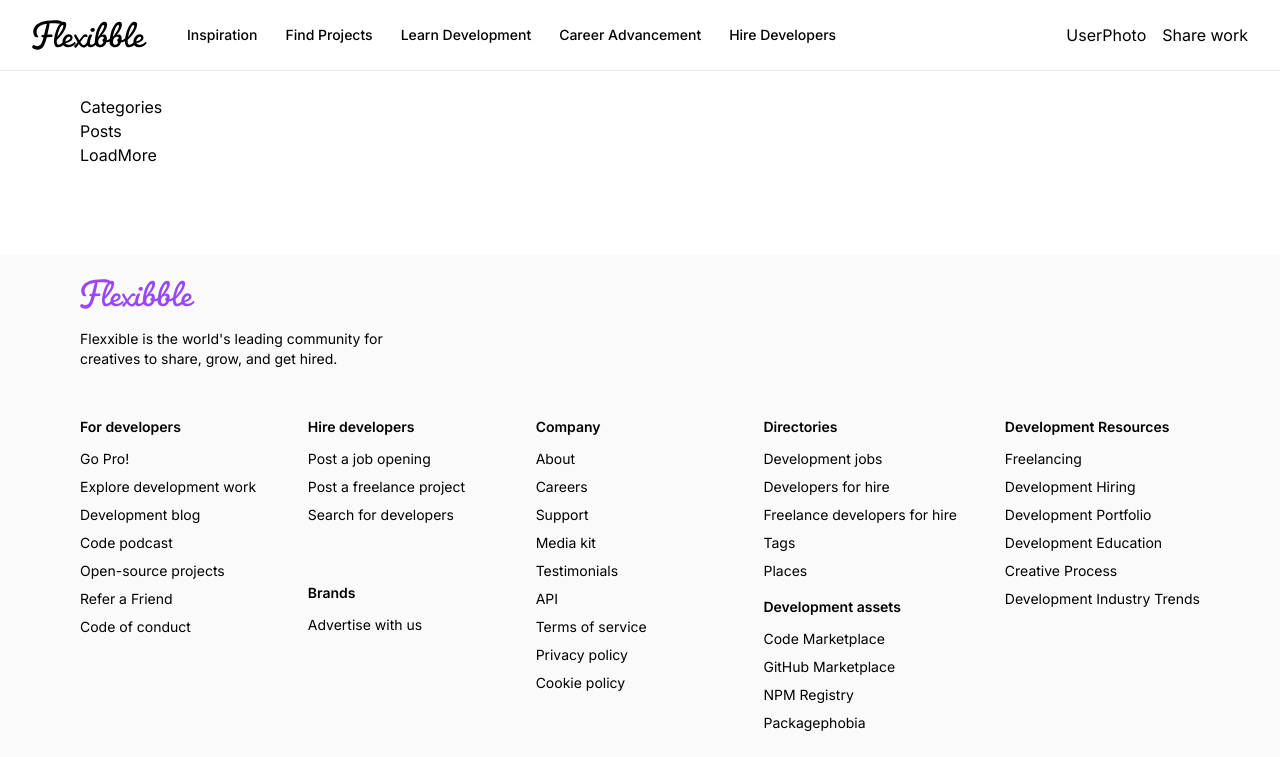
Repository: AmolPawar7181/flexibble
Page: /
The author's editor kept a copy of each file at every save. The page is drawn from the files as they stood at one save, then again after the next save.
The browser window is 1280 px wide. The pictures show the whole page.
The project was rebuilt for these pictures with package versions that can differ from the ones it lists, and the page was loaded fresh each time. The framework's server and built-in components were replaced by stand-ins that run in the browser. Also part of the build but not shown: next.config.js, app/components/AuthProviders.tsx.

Above is the page before, as saved 2023-07-11 17:05:36.

After the next save:
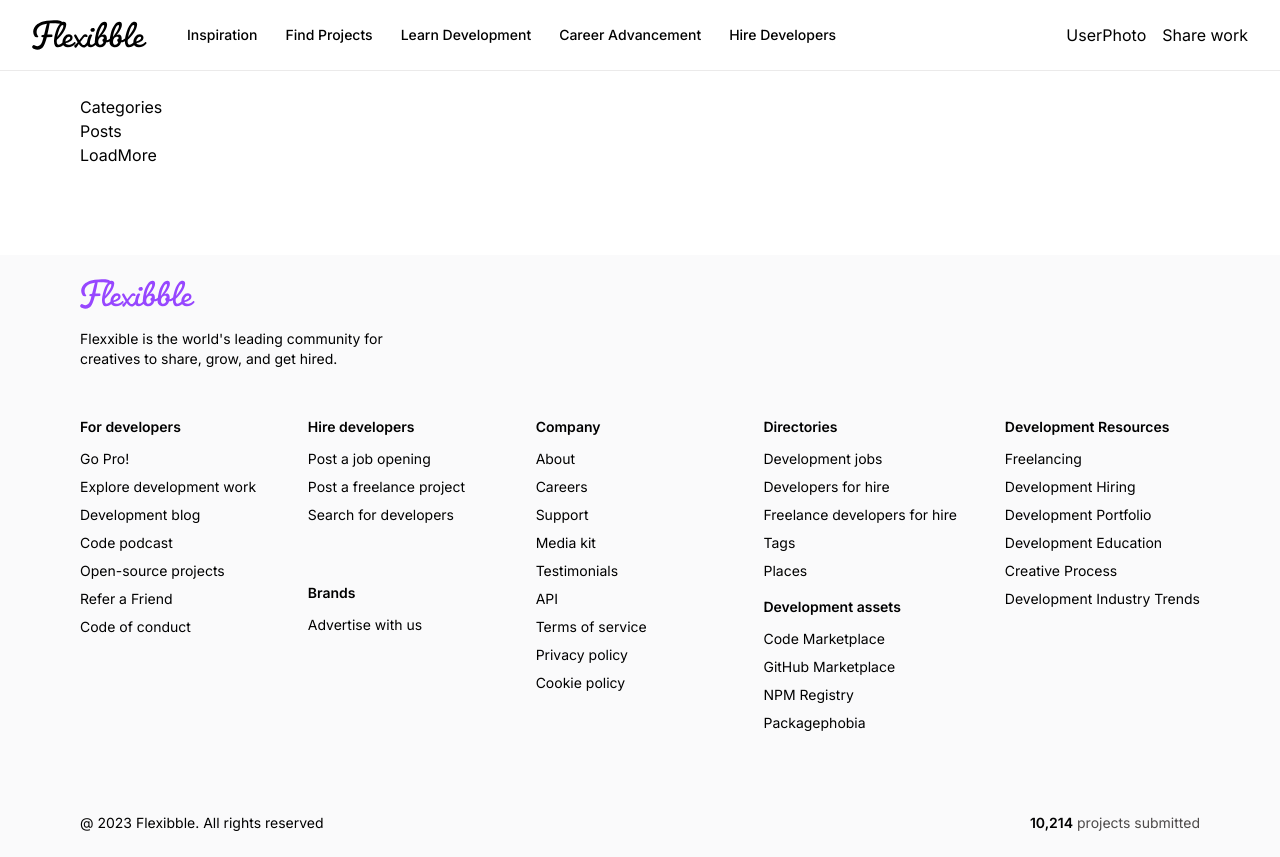
Saved 2 min 21 s later.
--- a/app/components/Footer.tsx
+++ b/app/components/Footer.tsx
@@ -73,6 +73,13 @@ const Footer = () => {
 					/>
 				</div>
 			</div>
+			<div className='flexBetween footer_copyright'>
+				<p>@ 2023 Flexibble. All rights reserved</p>
+				<p className='text-gray'>
+					<span className='text-black font-semibold'>10,214</span> projects
+					submitted
+				</p>
+			</div>
 		</footer>
 	);
 };
